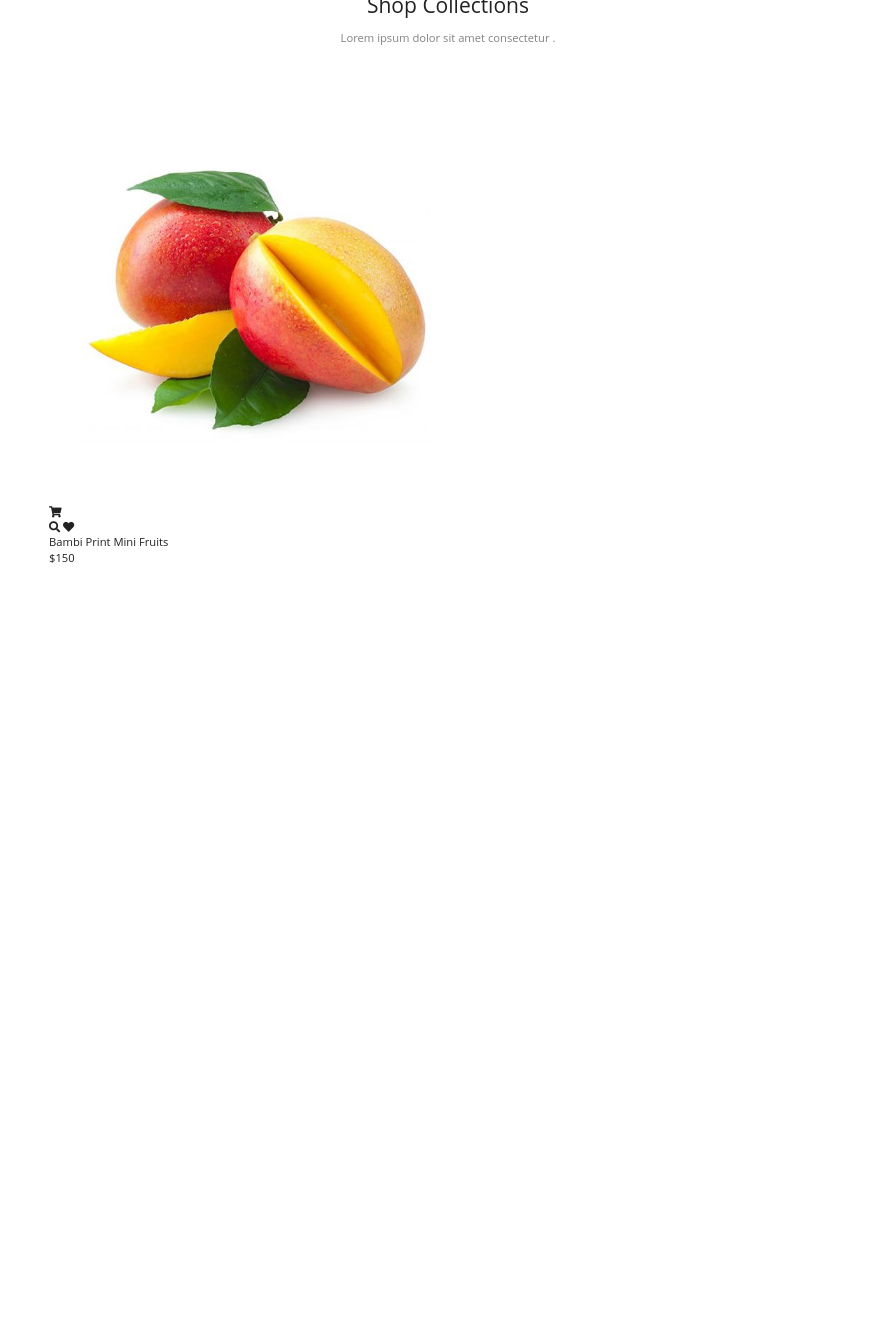
Repository: hoanggiainfomation/hoanggiainfomation.github.io
Page: index.html
These files come from the project's save history. The page is drawn as it stood at one moment and after the next save; the edit follows.
The browser window is 1280 px wide. The pictures show the part of the page from y = 1871 to 3791 px (the page is 4676 px tall), at 70% of full size.
Some web libraries are served in a nearby version.

Above is the page before, as saved 2021-08-17 20:57:11.

### index.html
<!DOCTYPE html>
<html lang="en">
  <head>
    <meta charset="UTF-8" />
    <meta name="viewport" content="width=device-width, initial-scale=1.0" />
    <!-- Favicon -->
    <link rel="shortcut icon" href="./images/favicon.png" type="image/png" />
    <!-- Font Awesome -->
    <link
      rel="stylesheet"
      href="https://cdnjs.cloudflare.com/ajax/libs/font-awesome/5.15.1/css/all.min.css"
    />
    <!-- ======== Swiper Js ======= -->
    <link
      rel="stylesheet"
      href="https://cdnjs.cloudflare.com/ajax/libs/Swiper/6.7.5/swiper-bundle.min.css"
    />

    <!-- Boxicons -->
    <link
      href="https://unpkg.com/boxicons@2.0.8/css/boxicons.min.css"
      rel="stylesheet"
    />
    <!-- Custom StyleSheet -->
    <link rel="stylesheet" href="./styles.css" />
    <title>Codevo - Ecommerce Website</title>
  </head>
  <body>
    <!-- Navigation -->
    <nav class="nav">
      <div class="wrapper container">
        <div class="logo">
          <a href="">
            <img src="./images/logo.png" alt="" />
          </a>
        </div>
        <ul class="nav-list show">
          <div class="top">
            <label for="" class="btn close-btn"
              ><i class="fas fa-times"></i
            ></label>
          </div>
          <li><a href="index.html">Home</a></li>
          <li><a href="products.html">Products</a></li>
          <li>
            <a href="" class="desktop-item"
              >Shop <span><i class="fas fa-chevron-down"></i></span
            ></a>
            <input type="checkbox" id="showMega" />
            <label for="showMega" class="mobile-item"
              >Shop <span><i class="fas fa-chevron-down"></i></span
            ></label>
            <div class="mega-box">
              <div class="content">
                <div class="row">
                  <img src="./images/nav.png" alt="" />
                </div>
                <div class="row">
                  <header>Shop Layout</header>
                  <ul class="mega-links">
                    <li><a href="#">Shop With Background</a></li>
                    <li><a href="#">Shop Mini Categories</a></li>
                    <li><a href="#">Shop Only Categories</a></li>
                    <li><a href="#">Shop Icon Categories</a></li>
                  </ul>
                </div>
                <div class="row">
                  <header>Filter Layout</header>
                  <ul class="mega-links">
                    <li><a href="#">Sidebar</a></li>
                    <li><a href="#">Filter Default</a></li>
                    <li><a href="#">Filter Drawer</a></li>
                    <li><a href="#">Filter Dropdown</a></li>
                  </ul>
                </div>
                <div class="row">
                  <header>Product Layout</header>
                  <ul class="mega-links">
                    <li><a href="#">Layout Zoom</a></li>
                    <li><a href="#">Layout Sticky</a></li>
                    <li><a href="#">Layout Sticky 2</a></li>
                    <li><a href="#">Layout Scroll</a></li>
                  </ul>
                </div>
              </div>
            </div>
          </li>
          <li><a href="">Blog</a></li>
          <li>
            <a href="" class="desktop-item"
              >Vendors <span><i class="fas fa-chevron-down"></i></span
            ></a>
            <input type="checkbox" id="showdrop1" />
            <label for="showdrop1" class="mobile-item"
              >Vendors <span><i class="fas fa-chevron-down"></i></span
            ></label>
            <ul class="drop-menu1">
              <li><a href="">Vendor Store listings</a></li>
              <li><a href="">Store Details</a></li>
            </ul>
          </li>

          <li>
            <a href="" class="desktop-item"
              >Page <span><i class="fas fa-chevron-down"></i></span
            ></a>
            <input type="checkbox" id="showdrop2" />
            <label for="showdrop2" class="mobile-item"
              >Page <span><i class="fas fa-chevron-down"></i></span
            ></label>
            <ul class="drop-menu2">
              <li><a href="">About</a></li>
              <li><a href="">Contact</a></li>
              <li><a href="">Faq</a></li>
              <li><a href="">Page 404</a></li>
            </ul>
          </li>
          <!-- icons -->
          <li class="icons">
            <a href="cart.html">
              <span>
                <img src="./images/shoppingBag.svg" alt="" />
                <small class="count d-flex">0</small>
              </span>
            </a>
            <span><img src="./images/search.svg" alt="" /></span>
          </li>
        </ul>
        <label for="" class="btn open-btn"><i class="fas fa-bars"></i></label>
      </div>
    </nav>
    <!-- Hero -->
    <div class="hero">
      <div class="row">
        <!-- Swiper -->
        <div class="swiper-container slider-1">
          <div class="swiper-wrapper">
            <div class="swiper-slide">
              <img src="./images/hero-1.png" alt="" />
              <div class="content">
                <h1>
                  Super market vegbox
                  <br />
                  start from
                  <span>$9</span>
                </h1>
                <p>
                  Lorem, ipsum dolor sit amet consectetur adipisicing elit. Ad
                  facilis architecto iste quidem maiores debitis laboriosam eum
                  cupiditate tempore cum distinctio alias vero, quasi sequi,
                  neque quisquam. Id, necessitatibus culpa.
                </p>
                <a href="">Shop Now</a>
              </div>
            </div>
            <div class="swiper-slide">
              <img src="./images/hero-2.png" alt="" />
              <div class="content">
                <h1>
                  You first Order
                  <br />
                  start from
                  <span>20% off</span>
                  at Juice
                </h1>
                <p>
                  Lorem, ipsum dolor sit amet consectetur adipisicing elit. Ad
                  facilis architecto iste quidem maiores debitis laboriosam eum
                  cupiditate tempore cum distinctio alias vero, quasi sequi,
                  neque quisquam. Id, necessitatibus culpa.
                </p>
                <a href="">Shop Now</a>
              </div>
            </div>
            <div class="swiper-slide">
              <img src="./images/hero-3.png" alt="" />
              <div class="content">
                <h1>
                  Super market vegbox
                  <br />
                  start from
                  <span>$9</span>
                </h1>
                <p>
                  Lorem, ipsum dolor sit amet consectetur adipisicing elit. Ad
                  facilis architecto iste quidem maiores debitis laboriosam eum
                  cupiditate tempore cum distinctio alias vero, quasi sequi,
                  neque quisquam. Id, necessitatibus culpa.
                </p>
                <a href="">Shop Now</a>
              </div>
            </div>
          </div>
          <!-- <div class="swiper-button-next"></div>
        <div class="swiper-button-prev"></div> -->
        </div>
      </div>
      <!-- Carousel Navigation -->
      <div class="arrows d-flex">
        <div class="swiper-prev d-flex">
          <i class="bx bx-chevrons-left swiper-icon"></i>
        </div>
        <div class="swiper-next d-flex">
          <i class="bx bx-chevrons-right swiper-icon"></i>
        </div>
      </div>
    </div>
    <!-- Collertions -->
    <section class="section collection">
      <div class="title">
        <h2>Shop Collections</h2>
        <span>Lorem ipsum dolor sit amet, consectetur adipisicing elit.</span>
      </div>
      <div class="collection-layout container">
        <div class="collection-item">
          <img src="./images/product-1.jpg" alt="" />
          <div class="collection-content">
            <h3>JUICE</h3>
            <a href="">SHOP NOW</a>
          </div>
        </div>
        <div class="collection-item">
          <img src="./images/product-2.jpg" alt="" />
          <div class="collection-content">
            <h3>JUICE</h3>
            <a href="">SHOP NOW</a>
          </div>
        </div>
        <div class="collection-item">
          <img src="./images/product-3.jpg" alt="" />
          <div class="collection-content">
            <h3>JUICE</h3>
            <a href="">SHOP NOW</a>
          </div>
        </div>
        <div class="collection-item">
          <img src="./images/product-4.jpg" alt="" />
          <div class="collection-content">
            <h3>JUICE</h3>
            <a href="">SHOP NOW</a>
          </div>
        </div>
        <div class="collection-item">
          <img src="./images/product-5.jpg" alt="" />
          <div class="collection-content">
            <h3>JUICE</h3>
            <a href="">SHOP NOW</a>
          </div>
        </div>
        <div class="collection-item">
          <img src="./images/product-6.jpg" alt="" />
          <div class="collection-content">
            <h3>JUICE</h3>
            <a href="">SHOP NOW</a>
          </div>
        </div>
      </div>
    </section>
    <!-- Featured Section -->
    <section class="section featured">
      <div class="title">
        <h2>Shop Collections</h2>
        <span>Lorem ipsum dolor sit amet consectetur .</span>
      </div>
      <div class="row container">
        <div class="swiper-container sliver-2">
          <div class="swiper-wrapper">
            <div class="swiper-slide">
              <div class="product">
                <div class="img-container">
                  <img src="./images/product-1.jpg" alt="" />
                  <div class="addCart">
                    <i class="fas fa-shopping-cart"></i>
                  </div>
                  <ul class="side-icons">
                    <span><i class="fas fa-search"></i></span>
                    <span><i class="fas fa-heart"></i></span>
                    <span><i class="fas fa-slisers-h"></i></span>
                  </ul>
                </div>
                <div class="bottom">
                  <a href="productDetails.html">Bambi Print Mini Fruits</a>
                  <div class="price">
                    <span>$150</span>
                  </div>
                </div>
              </div>
            </div>
            <div class="swiper-slide">
              <div class="product">
                <div class="img-container">
                  <img src="./images/product-2.jpg" alt="" />
                  <div class="addCart">
                    <i class="fas fa-shopping-cart"></i>
                  </div>
                  <ul class="side-icons">
                    <span><i class="fas fa-search"></i></span>
                    <span><i class="fas fa-heart"></i></span>
                    <span><i class="fas fa-slisers-h"></i></span>
                  </ul>
                </div>
                <div class="bottom">
                  <a href="productDetails.html">Bambi Print Mini Fruits</a>
                  <div class="price">
                    <span>$150</span>
                  </div>
                </div>
              </div>
            </div>
            <div class="swiper-slide">
              <div class="product">
                <div class="img-container">
                  <img src="./images/product-3.jpg" alt="" />
                  <div class="addCart">
                    <i class="fas fa-shopping-cart"></i>
                  </div>
                  <ul class="side-icons">
                    <span><i class="fas fa-search"></i></span>
                    <span><i class="fas fa-heart"></i></span>
                    <span><i class="fas fa-slisers-h"></i></span>
                  </ul>
                </div>
                <div class="img-container">
                  <img src="./images/product-4.jpg" alt="" />
                  <div class="addCart">
                    <i class="fas fa-shopping-cart"></i>
                  </div>
                  <ul class="side-icons">
                    <span><i class="fas fa-search"></i></span>
                    <span><i class="fas fa-heart"></i></span>
                    <span><i class="fas fa-slisers-h"></i></span>
                  </ul>
                </div>
                <div class="img-container">
                  <img src="./images/product-5.jpg" alt="" />
                  <div class="addCart">
                    <i class="fas fa-shopping-cart"></i>
                  </div>
                  <ul class="side-icons">
                    <span><i class="fas fa-search"></i></span>
                    <span><i class="fas fa-heart"></i></span>
                    <span><i class="fas fa-slisers-h"></i></span>
                  </ul>
                </div>
                <div class="img-container">
                  <img src="./images/product-6.jpg" alt="" />
                  <div class="addCart">
                    <i class="fas fa-shopping-cart"></i>
                  </div>
                  <ul class="side-icons">
                    <span><i class="fas fa-search"></i></span>
                    <span><i class="fas fa-heart"></i></span>
                    <span><i class="fas fa-slisers-h"></i></span>
                  </ul>
                </div>
                <div class="bottom">
                  <a href="productDetails.html">Bambi Print Mini Fruits</a>
                  <div class="price">
                    <span>$150</span>
                  </div>
                </div>
              </div>
            </div>
          </div>
        </div>
      </div>
    </section>
    <!-- ======== SwiperJS ======= -->
    <script src="https://cdnjs.cloudflare.com/ajax/libs/Swiper/6.7.5/swiper-bundle.min.js"></script>
    <!-- Custom Scripts -->
    <script src="./js/slider.js"></script>
    <script src="./js/index.js"></script>
  </body>
</html>

Loaded but not shown: js/slider.js (32 lines, source omitted); js/index.js (10 lines, source omitted); styles.css (636 lines, source omitted)

After the next save:
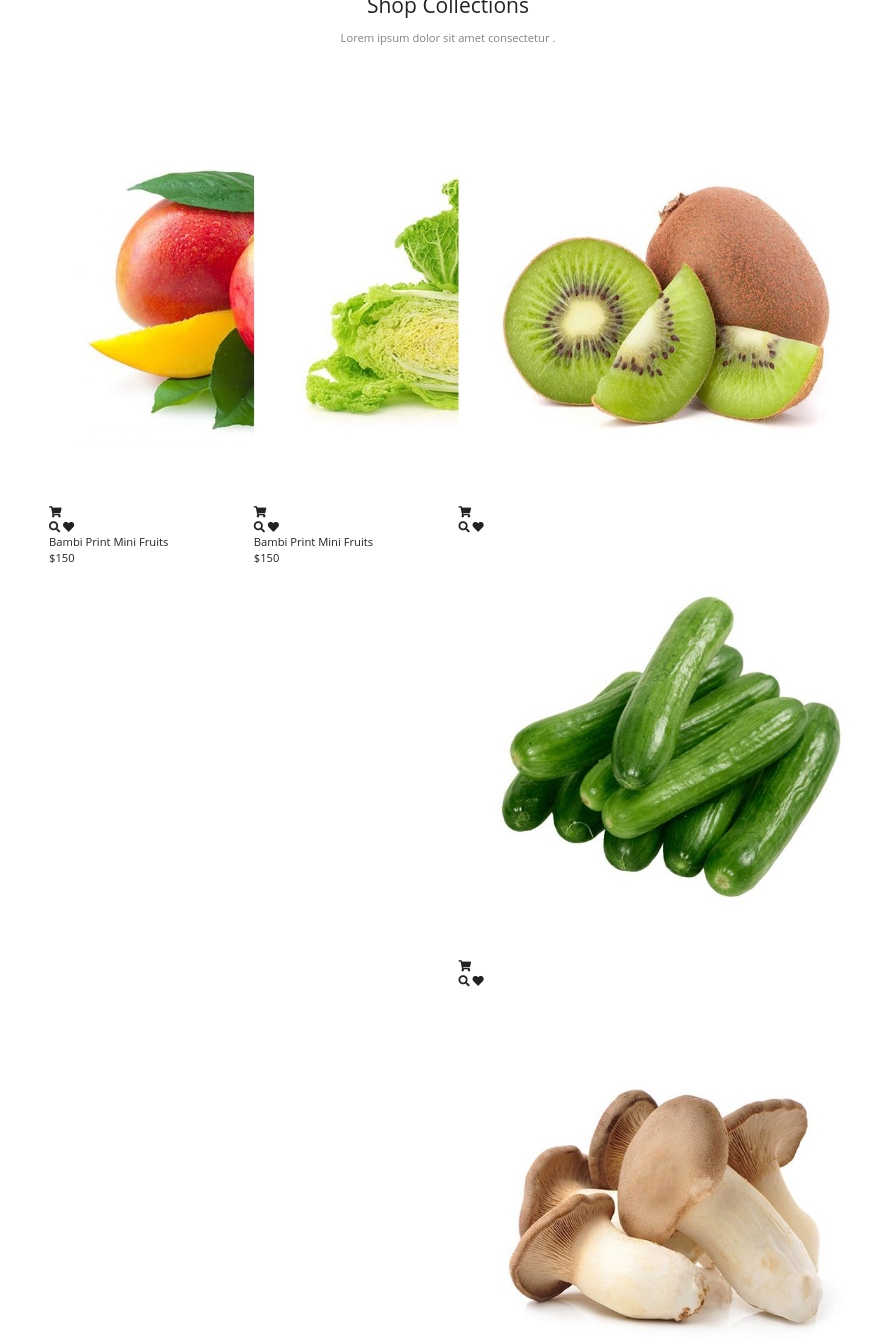
Saved 5 min 59 s later.
--- a/index.html
+++ b/index.html
@@ -263,7 +263,7 @@
         <span>Lorem ipsum dolor sit amet consectetur .</span>
       </div>
       <div class="row container">
-        <div class="swiper-container sliver-2">
+        <div class="swiper-container slider-2">
           <div class="swiper-wrapper">
             <div class="swiper-slide">
               <div class="product">
